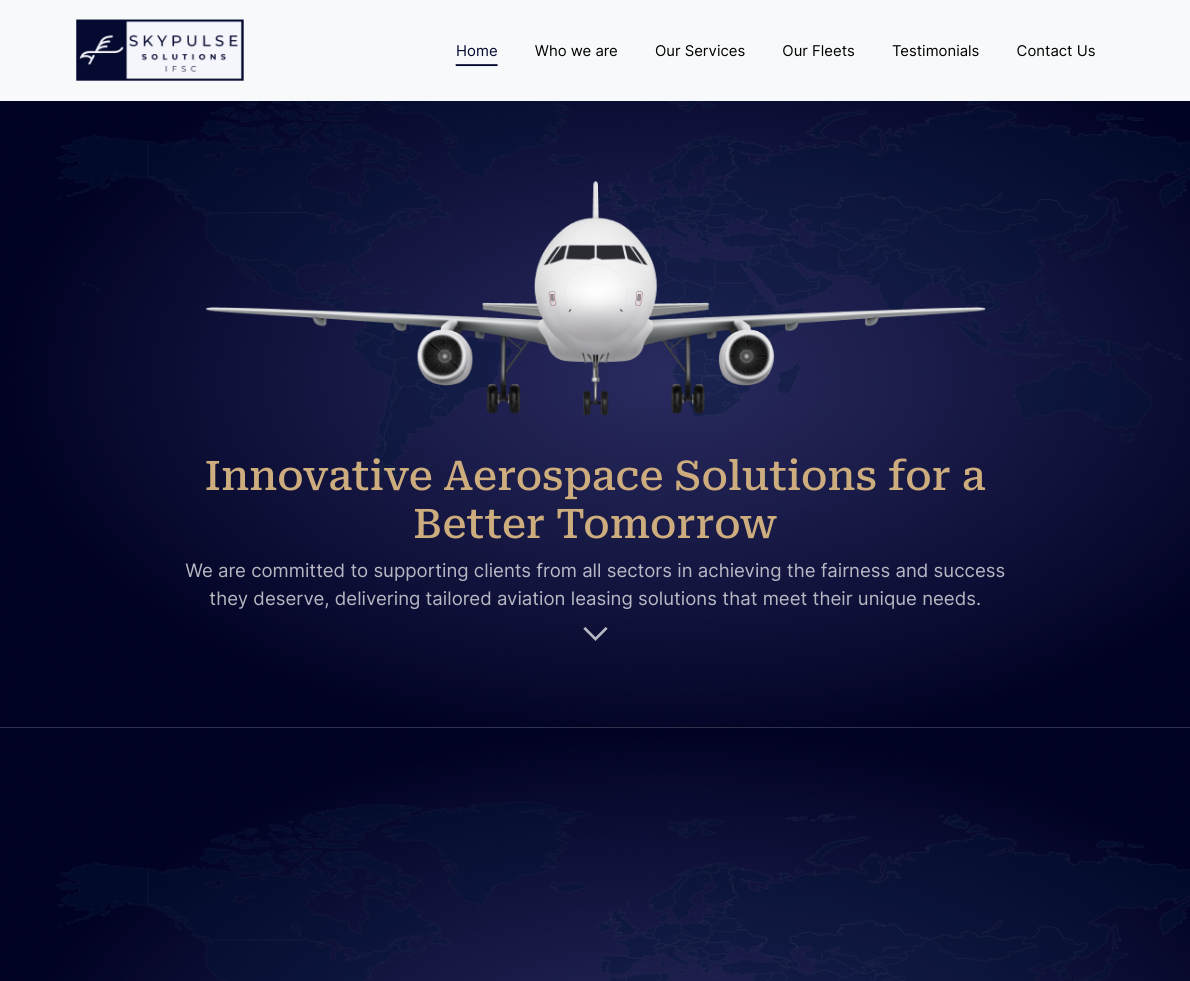
Repository: mangalravi/SkyPulse
Page: index.html
These files come from the project's save history. The page is drawn as it stood at one moment and after the next save; the edit follows.
The browser window is 1280 px wide. The pictures show the whole page, at 93% of full size.

Above is the page before, as saved 2024-12-30 10:20:15.

### index.html
<!DOCTYPE html>
<html lang="en">
  <head>
    <meta charset="UTF-8" />
    <meta name="viewport" content="width=device-width, initial-scale=1.0" />
    <title>SkyPluse</title>
    <link rel="icon" href="content/images/favicon.png" type="image/x-icon" />
    <link
      rel="stylesheet"
      type="text/css"
      href="content/bootstrap/css/bootstrap.min.css"
    />
    <link rel="stylesheet" type="text/css" href="content/css/font-family.css" />
    <link rel="stylesheet" type="text/css" href="content/css/Icon.css" />
    <link
      rel="stylesheet"
      type="text/css"
      href="content/lib/slick/css/slick.min.css"
    />
    <link rel="stylesheet" type="text/css" href="content/css/custom.css" />
  </head>
  <body>
    <header class="nvbrhdr position-fixed w-100">

      <nav class="navbar navbar-expand-lg bg-body-tertiary p-0">
        <div class="container-fluid container-lg">
          <a class="navbar-brand m-0 p-0" href="#">
            <img src="content/images/logo.png" alt="logo">
          </a>
          <button class="navbar-toggler" type="button" data-bs-toggle="collapse" data-bs-target="#navbarSupportedContent" aria-controls="navbarSupportedContent" aria-expanded="false" aria-label="Toggle navigation">
            <span class="navbar-toggler-icon"></span>
          </button>
          <div class="collapse navbar-collapse" id="navbarSupportedContent">
            <ul class="navbar-nav ms-auto mb-2 mb-lg-0">
              <li class="nav-item">
                <a class="nav-link active ps-0" aria-current="page" href="#">Home</a>
              </li>
              <li class="nav-item">
                <a class="nav-link" href="#">Who we are</a>
              </li>

              <li class="nav-item">
                <a class="nav-link" href="#">Our Services</a>
              </li>
              <li class="nav-item">
                <a class="nav-link" href="#">Our Fleets</a>
              </li>
              <li class="nav-item">
                <a class="nav-link" href="#">Testimonials</a>
              </li>

              <li class="nav-item">
                <a class="nav-link pe-0" href="#">Contact Us</a>
              </li>
            </ul>

          </div>
        </div>
      </nav>

    </header>
   <section class="top-banner" style="background:url(content/images/banner-bg.png)">
    <div class="container">
      <div class="row justify-content-center">
        <div class="col-md-10">
          <div class="topcntnt text-center">
            <img src="content/images/airplane.png" alt="airplane">
            <h1 class="mb-2 fw-medium">Innovative Aerospace Solutions for a Better Tomorrow</h1>
            <p class="mb-2">We are committed to supporting clients from all sectors in achieving the fairness and success they deserve, delivering tailored aviation leasing solutions that meet their unique needs.</p>
            <span class="material-symbols-outlined">  arrow_forward_ios </span>
          </div>
        </div>
      </div>
    </div>
   </section>
   <section class="top-banner" style="background:url(content/images/banner-bg.png)">
    <div class="container">
      <div class="row justify-content-center">
        <div class="col-md-4">

          </div>
        <div class="col-md-8">

          </div>
          </div>
          </div>
          </div>
    <script src="content/js/jquery.min.js"></script>
  <script src="content/bootstrap/js/bootstrap.bundle.min.js"></script>
    <script src="content/lib/slick/js/slick.min.js"></script>
    <script src="content/js/custom.js"></script>
  </body>
</html>

### content/css/font-family.css
/* Inter Family */

@font-face {
  font-family: "Inter";
  font-style: normal;
  font-weight: 400;
  src: url("../fonts/Inter/Inter-Regular.ttf") format("truetype");
  font-display: swap;
}

@font-face {
  font-family: "Inter";
  font-style: normal;
  font-weight: 500;
  src: url("../fonts/Inter/Inter-Medium.ttf") format("truetype");
  font-display: swap;
}

/* Roboto Serif Family */

@font-face {
  font-family: "RobotoSerif";
  font-style: normal;
  font-weight: 400;
  src: url("../fonts/Roboto-Serif/RobotoSerif-Regular.ttf") format("truetype");
  font-display: swap;
}

@font-face {
  font-family: "RobotoSerif";
  font-style: normal;
  font-weight: 500;
  src: url("../fonts/Roboto-Serif/RobotoSerif-Medium.ttf") format("truetype");
  font-display: swap;
}

### content/css/Icon.css
/* fallback */
@font-face {
    font-family: 'Material Icons';
    font-style: normal;
    font-weight: 300;
    src: url(../fonts/icon.woff2) format('woff2');
  }
  /* fallback */
  @font-face {
    font-family: 'Material Icons Outlined';
    font-style: normal;
    font-weight: 300;
    src: url(../fonts/icon-outline.woff2) format('woff2');
  }
  @font-face {
    font-family: 'Material Symbols Outlined';
    font-style: normal;
    font-weight: 300;
    src: url(../fonts/icon-symbol-outline.woff2) format('woff2');
  }

  .material-icons {
    font-family: 'Material Icons';
    font-weight: normal;
    font-style: normal;
    font-size: 24px;
    line-height: 1;
    letter-spacing: normal;
    text-transform: none;
    display: inline-block;
    white-space: nowrap;
    word-wrap: normal;
    direction: ltr;
    -webkit-font-feature-settings: 'liga';
    -webkit-font-smoothing: antialiased;
  }

  .material-icons-outlined {
    font-family: 'Material Icons Outlined';
    font-weight: normal;
    font-style: normal;
    font-size: 24px;
    line-height: 1;
    letter-spacing: normal;
    text-transform: none;
    display: inline-block;
    white-space: nowrap;
    word-wrap: normal;
    direction: ltr;
    -webkit-font-feature-settings: 'liga';
    -webkit-font-smoothing: antialiased;
  }
 /* Fallback */


.material-symbols-outlined {
  font-family: 'Material Symbols Outlined';
  font-weight: normal;
  font-style: normal;
  font-size: 24px;
  line-height: 1;
  letter-spacing: normal;
  text-transform: none;
  display: inline-block;
  white-space: nowrap;
  word-wrap: normal;
  direction: ltr;
  -webkit-font-feature-settings: 'liga';
  -webkit-font-smoothing: antialiased;
}

### content/lib/slick/css/slick.min.css
/**
 * Minified by jsDelivr using clean-css v4.2.0.
 * Original file: /npm/slick-carousel@1.8.1/slick/slick.css
 *
 * Do NOT use SRI with dynamically generated files! More information: https://www.jsdelivr.com/using-sri-with-dynamic-files
 */
 .slick-slider{position:relative;display:block;box-sizing:border-box;-webkit-user-select:none;-moz-user-select:none;-ms-user-select:none;user-select:none;-webkit-touch-callout:none;-khtml-user-select:none;-ms-touch-action:pan-y;touch-action:pan-y;-webkit-tap-highlight-color:transparent}.slick-list{position:relative;display:block;overflow:hidden;margin:0;padding:0}.slick-list:focus{outline:0}.slick-list.dragging{cursor:pointer;cursor:hand}.slick-slider .slick-list,.slick-slider .slick-track{-webkit-transform:translate3d(0,0,0);-moz-transform:translate3d(0,0,0);-ms-transform:translate3d(0,0,0);-o-transform:translate3d(0,0,0);transform:translate3d(0,0,0)}.slick-track{position:relative;top:0;left:0;display:block;margin-left:auto;margin-right:auto}.slick-track:after,.slick-track:before{display:table;content:''}.slick-track:after{clear:both}.slick-loading .slick-track{visibility:hidden}.slick-slide{display:none;float:left;height:100%;min-height:1px}[dir=rtl] .slick-slide{float:right}.slick-slide img{display:block}.slick-slide.slick-loading img{display:none}.slick-slide.dragging img{pointer-events:none}.slick-initialized .slick-slide{display:block}.slick-loading .slick-slide{visibility:hidden}.slick-vertical .slick-slide{display:block;height:auto;border:1px solid transparent}.slick-arrow.slick-hidden{display:none}
 /*# sourceMappingURL=/sm/fb3ed351cd5c0f1f30f88778ee1f9b056598e6d25ac4fdcab1eebcd8be521cd9.map */

### content/css/custom.css
:root {
  --bs-primary-color: #050A30;
  --bs-secondary-color: #030303;
  --bs-gold-color: #CDAD7D;
  --bs-heading-font-family: 'RobotoSerif', serif;
  --bs-body-font-family: 'Inter', sans-serif;
}

  section {
    padding: 120px 0;
  }
  p {
    color:var(--bs-secondary-color);
    line-height: 1.875rem;
    font-weight: 400;
  }
  a {
    text-decoration: none;
  }
  h1,h2,h3,h4,h5,h6 {
    font-family: var(--bs-heading-font-family);
    font-weight: 700;
    margin-bottom: 1rem;
  }
  .material-symbols-outlined {
    font-weight: bold;
    font-size:1.25rem;
    transition:all 0.7s;
  }
  img {
    max-width: 100%;
  }
  body{
    padding:0 ;
  }
 .navbar{
background: #FFFFFFF2;
 }
 .navbar-expand-lg .navbar-nav .nav-link {
padding: 2.781rem 0;
margin:0 1.25rem;
color:#000000;
line-height: 1.25rem;
position: relative;
 }
 .navbar-expand-lg .navbar-nav .nav-link.active {
  color: var(--bs-primary-color);
 }
 .navbar-expand-lg .navbar-nav .nav-link::before{
  position: absolute;
  content: "";
  background: transparent;
  width: 100%;
  height: 2px;
  left: 0;
  top: 63%;
 }
 .navbar-expand-lg .navbar-nav .nav-link.active::before,
  .navbar-expand-lg .navbar-nav .nav-link:hover::before {
background:var(--bs-primary-color);
 }

/* top-banner */
.top-banner{
  padding-top: 195px;
   padding-bottom: 78px;
background-size:cover;
background-position:center;
 }
.top-banner .topcntnt img{
margin-bottom: 2.5rem;
 }
.top-banner .topcntnt h1{
color:#CDAD7D;
font-size:2.75rem;
line-height: 51.52px;
letter-spacing: 1.5%;
 }
.top-banner .topcntnt p{
font-size:1.25rem;
line-height: 1.875rem;
color:#fff;
opacity: 0.7;
 }
.top-banner .topcntnt span{
  font-size: 2rem;
  transform: rotate(90deg);
  color: #fff;
  opacity: 0.7;

 }

### content/js/custom.js
$(window).scroll(function () {
  $(this).scrollTop() >= 250
    ? $(".nvbrhdr").addClass("bg-white")
    : $(".nvbrhdr").removeClass("bg-white");
})

Loaded but not shown: content/bootstrap/css/bootstrap.min.css (library); content/js/jquery.min.js (library); content/bootstrap/js/bootstrap.bundle.min.js (library); content/lib/slick/js/slick.min.js (library)

After the next save:
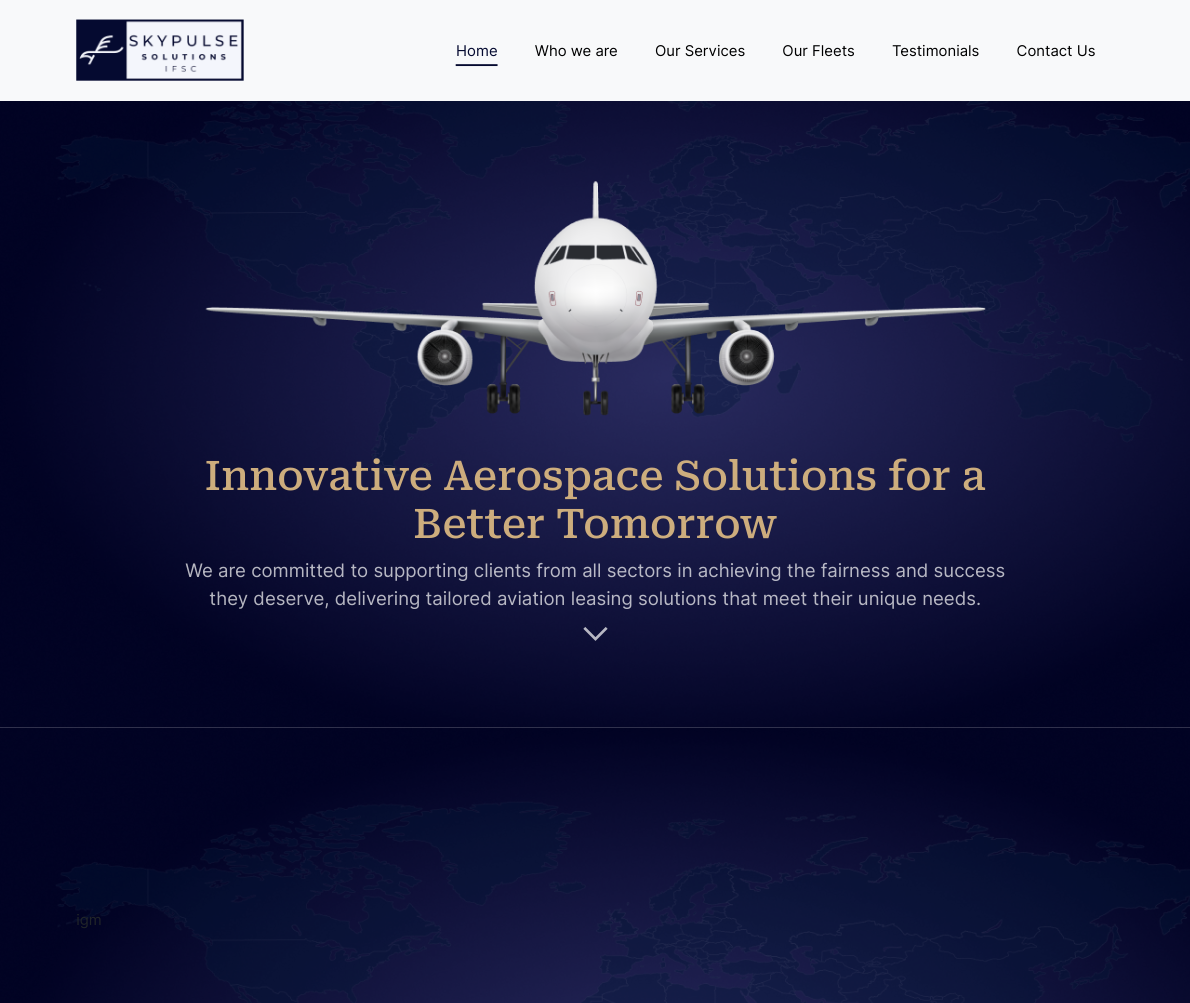
Saved 36 s later.
--- a/index.html
+++ b/index.html
@@ -77,7 +77,7 @@
     <div class="container">
       <div class="row justify-content-center">
         <div class="col-md-4">
-
+igm
           </div>
         <div class="col-md-8">
 
